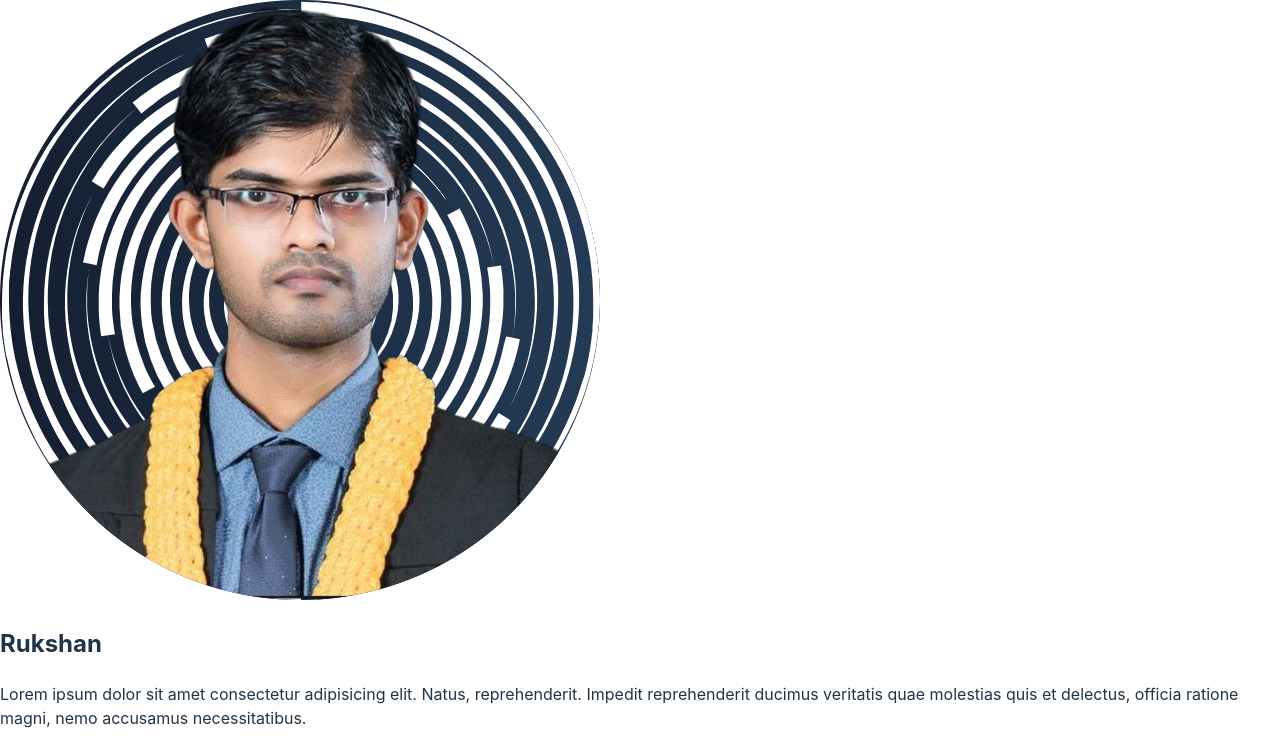
Repository: rkrukshan/ToDo-List
Page: /
The author's editor kept a copy of each file at every save. The page is drawn from the files as they stood at one save, then again after a run of saves.
The browser window is 1280 px wide. The pictures show the whole page.
The project was rebuilt for these pictures with package versions that can differ from the ones it lists, and the page was loaded fresh each time. Also part of the build but not shown: vite.config.js.

Above is the page before, as saved 2024-07-17 14:01:02.

### src/App.jsx
import Card from "./Card"

function App() {

  return (
   <Card/>
  )
}

export default App

### src/Card.jsx
import profilepic from "./assets/profile-pic.png";

function Card() {
  return (
    <div className="card">
      <img src={profilepic} alt="Profile Picture" />
      <h2>Rukshan</h2>
      <p>
        Lorem ipsum dolor sit amet consectetur adipisicing elit. Natus,
        reprehenderit. Impedit reprehenderit ducimus veritatis quae molestias
        quis et delectus, officia ratione magni, nemo accusamus necessitatibus.
      </p>
    </div>
  );
}

export default Card;

Loaded but not shown: index.html (common file); src/main.jsx (common file); src/index.css (common file)

After the next 4 saves:
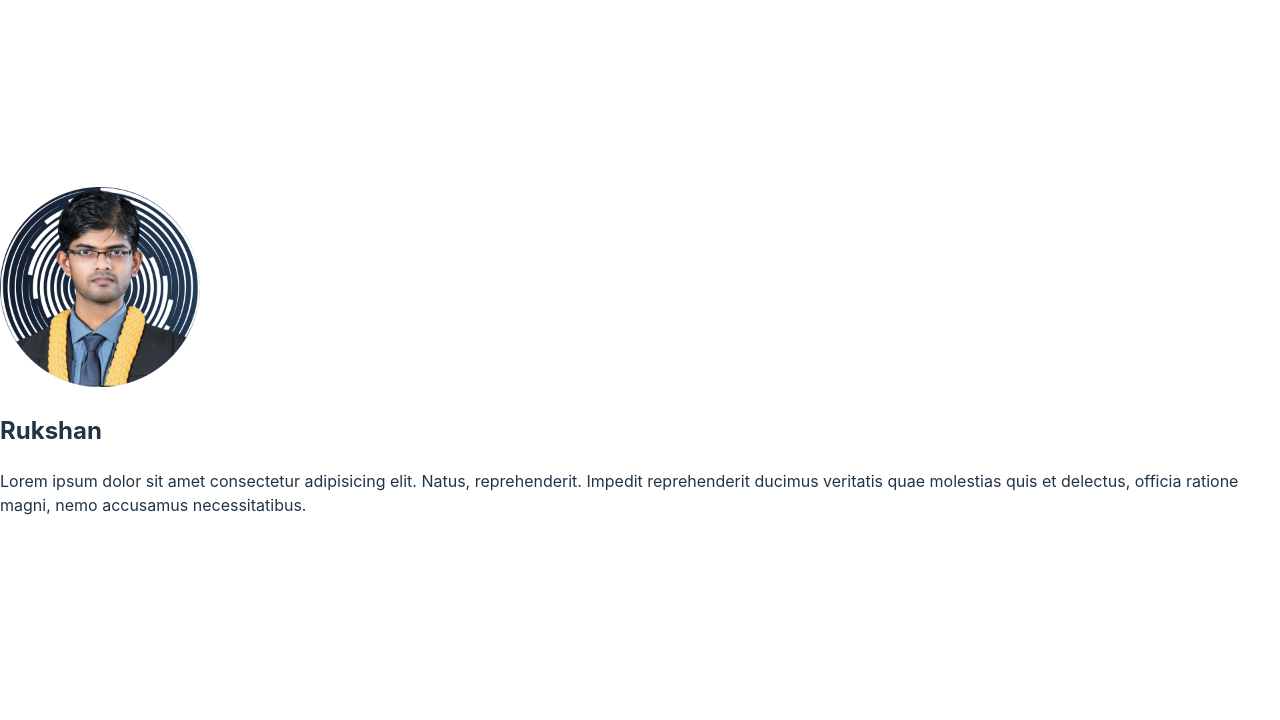
The 4 saves are shown as one change because they came seconds apart.
The last was saved 29 s later.
--- a/src/Card.jsx
+++ b/src/Card.jsx
@@ -3,7 +3,7 @@ import profilepic from "./assets/profile-pic.png";
 function Card() {
   return (
     <div className="card">
-      <img src={profilepic} alt="Profile Picture" />
+      <img src={profilepic} alt="Profile Picture" height="200" />
       <h2>Rukshan</h2>
       <p>
         Lorem ipsum dolor sit amet consectetur adipisicing elit. Natus,
